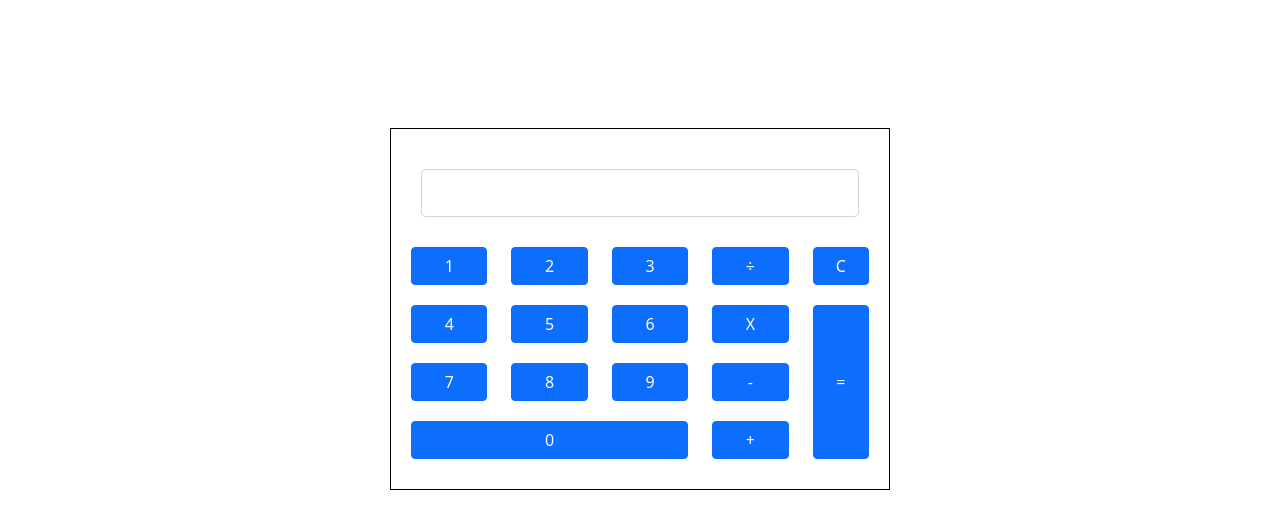
Repository: jsakdalan/CalculatorReactTypescript
Page: /
The author's editor kept a copy of each file at every save. The page is drawn from the files as they stood at one save, then again after a run of saves.
The browser window is 1280 px wide. The pictures show the whole page.
The project was rebuilt for these pictures with package versions that can differ from the ones it lists, and the page was loaded fresh each time. Also part of the build but not shown: src/App.css.

Above is the page before, as saved 2022-06-07 16:44:43.

### src/App.tsx
import  Calculator from './pages/Calculator';
import './App.css';
import 'bootstrap/dist/css/bootstrap.min.css'

export default function App() {

  return(
    <Calculator/>
  )
}

### src/pages/Calculator.tsx
import React from 'react';
import Col from 'react-bootstrap/Col';
import Container from 'react-bootstrap/Container';
import Row from 'react-bootstrap/Row';
import Button from 'react-bootstrap/Button';
import InputGroup from 'react-bootstrap/InputGroup';
import FormControl from 'react-bootstrap/FormControl';
import './Calculator.css'

export default function TextEditor(){

    interface Screen{
        styling: string;
    }

    interface Buttons {
        styling: string;
        btnNumber: string;
    }

    const Screen = (props:Screen) => {
        return(
            <InputGroup size="lg" className={props.styling}>
                    <FormControl
      aria-label="Default"
      aria-describedby="inputGroup-sizing-default"
    />
            </InputGroup>
        )
    }

    const Buttons = (props:Buttons) => {
        return(
            <Button className={props.styling}>
                {props.btnNumber}
            </Button>
        )
    }

    return(
        <>
            <Container className="container">
                <Row>
                    <Col><Screen styling="screen"/></Col>
                </Row>
                <Row>
                    <Col md={10}>
                        <Row>
                            <Col md={12}>
                                <Row>
                                    <Col md={3}><Buttons styling="numerical" btnNumber="1"/></Col>
                                    <Col md={3}><Buttons styling="numerical" btnNumber="2"/></Col>
                                    <Col md={3}><Buttons styling="numerical" btnNumber="3"/></Col>
                                    <Col md={3}><Buttons styling="operational" btnNumber="&#247;"/></Col>
                                </Row>
                            </Col>
                            <Col md={12}>
                                <Row>
                                    <Col md={3}><Buttons styling="numerical" btnNumber="4"/></Col>
                                    <Col md={3}><Buttons styling="numerical" btnNumber="5"/></Col>
                                    <Col md={3}><Buttons styling="numerical" btnNumber="6"/></Col>
                                    <Col md={3}><Buttons styling="operational" btnNumber="X"/></Col>
                                </Row>
                            </Col>
                            <Col md={12}>
                                <Row>
                                    <Col md={3}><Buttons styling="numerical" btnNumber="7"/></Col>
                                    <Col md={3}><Buttons styling="numerical" btnNumber="8"/></Col>
                                    <Col md={3}><Buttons styling="numerical" btnNumber="9"/></Col>
                                    <Col md={3}><Buttons styling="operational" btnNumber="-"/></Col>
                                </Row>
                            </Col>
                            <Col md={12}>
                                <Row>
                                    <Col md={9}><Buttons styling="numerical" btnNumber="0"/></Col>
                                    <Col md={3}><Buttons styling="numerical" btnNumber="+"/></Col>
                                </Row>
                            </Col>
                        </Row>
                    </Col>
                    <Col md={2}>
                        <Row>
                            <Col>
                                <Row>
                                    <Col md={12}><Buttons styling="erase" btnNumber="C"/></Col>
                                    <Col md={12}><Buttons styling="equals" btnNumber="="/></Col>
                                </Row>
                            </Col>
                        </Row>
                    </Col>
                </Row>
            </Container>
        </>
    )
}

### src/pages/Calculator.css
.container{
    margin-top:10%;
    max-width: 500px!important;
    width: 400px;
    display: flex;
    flex-direction: column;
    border: 1px solid black;
    padding:20px!important;
}

.screen{
    width: 100%;
    padding: 10px;
    margin: 10px 0px 10px 0px;
}

.numerical{
    width: 100%;
    padding: 10px;
    margin: 10px 0px 10px 0px;
}

.operational{
    width: 100%;
    padding: 10px;
    margin: 10px 0px 10px 0px;
}

.equals{
    height: 154px;
    width: 100%;
    padding: 10px;
    margin: 10px 0px 10px 0px;
}

.erase{
    width: 100%;
    padding: 10px;
    margin: 10px 0px 10px 0px;
}

Loaded but not shown: public/index.html (common file); src/index.tsx (common file); src/index.css (common file); src/reportWebVitals.ts (common file)

After the next 2 saves:
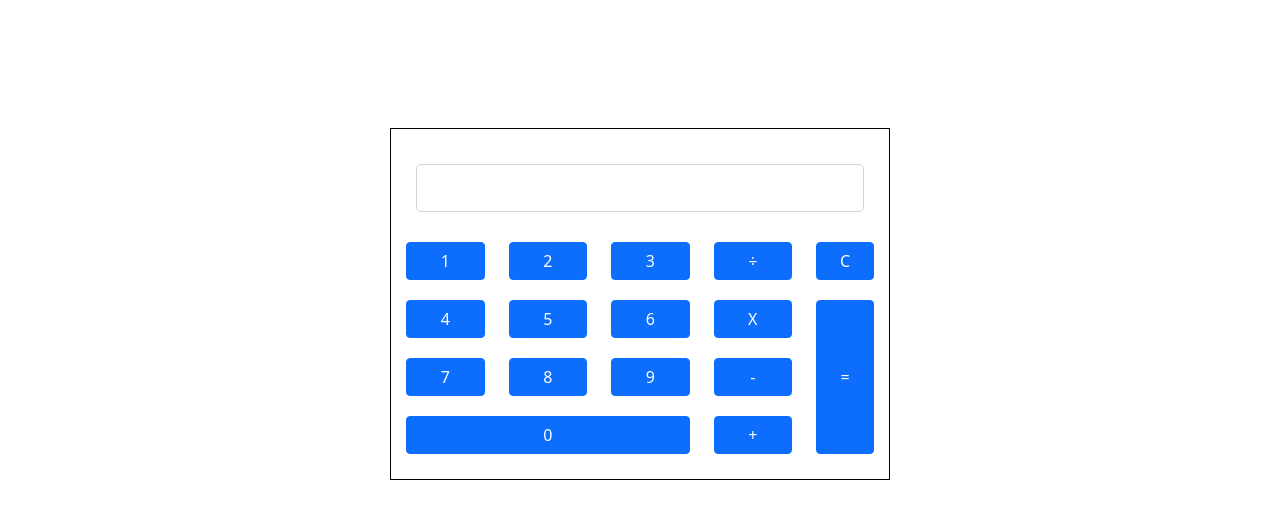
The 2 saves are shown as one change because they came seconds apart.
The last was saved 58 s later.
--- a/src/pages/Calculator.css
+++ b/src/pages/Calculator.css
@@ -5,7 +5,7 @@
     display: flex;
     flex-direction: column;
     border: 1px solid black;
-    padding:20px!important;
+    padding:15px!important;
 }
 
 .screen{
